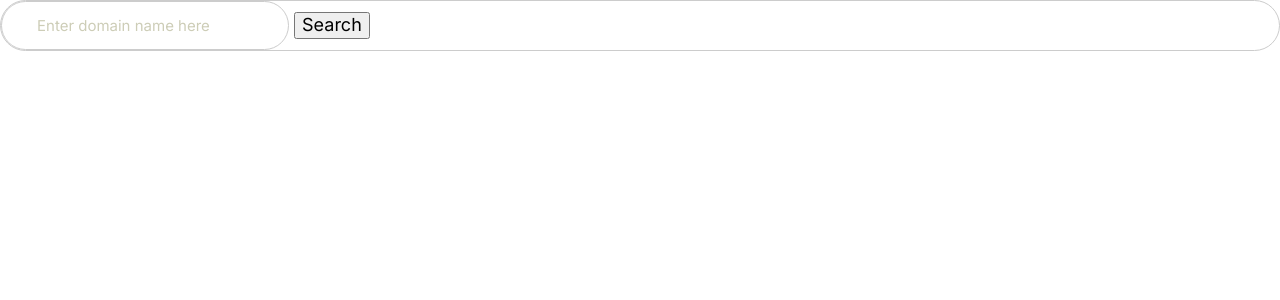
Repository: Qiwenweiii/CodeWithMosh
Page: index.html
The author's editor kept a copy of each file at every save. The page is drawn from the files as they stood at one save, then again after the next save.
The browser window is 1280 px wide. The pictures show the whole page.

Above is the page before, as saved 2021-11-11 20:34:40.

After the next save:
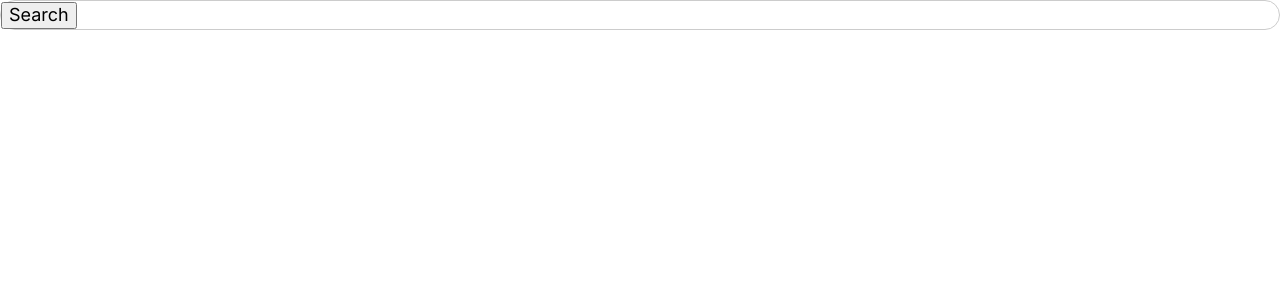
Saved 36 s later.
--- a/index.html
+++ b/index.html
@@ -15,7 +15,7 @@
 
 <body>
     <div class="input-group">
-        <input type="text" class="input" placeholder="Enter domain name here" />
+        <!-- <input type="text" class="input" placeholder="Enter domain name here" /> -->
         <button class="btn btn--accent">Search</button>
     </div>
 </body>
